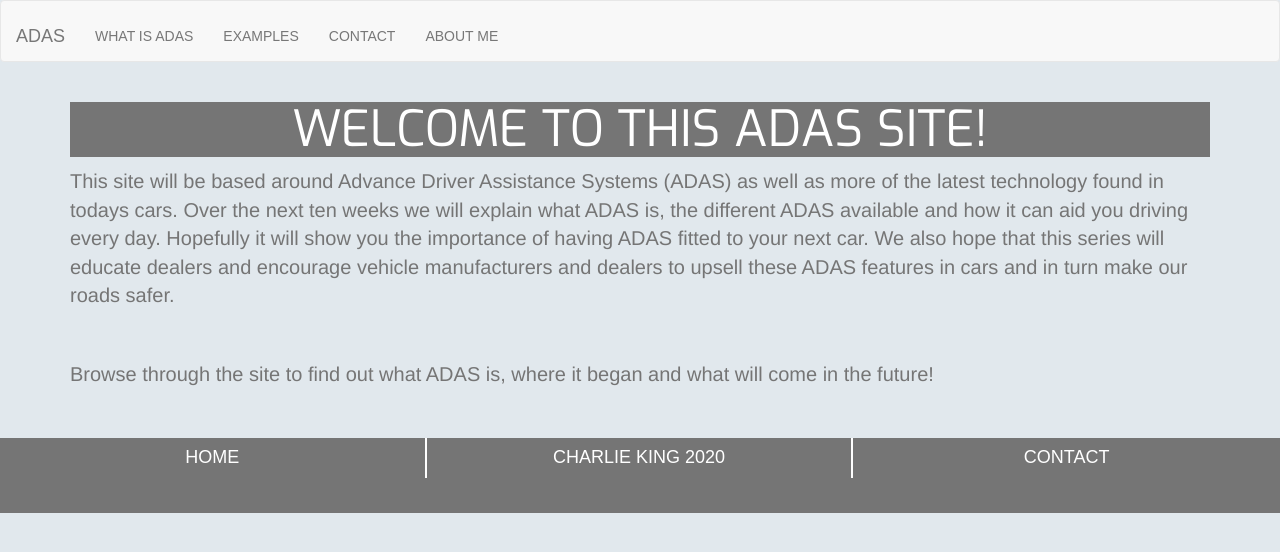
Repository: Cha-K28/First-Milestone-Project
Page: index.html
The author's editor kept a record of every edit. The page is drawn from the files as they stood at one moment, then again after the next edit.
The browser window is 1280 px wide. The pictures show the whole page.

Above is the page before.

After the next edit:
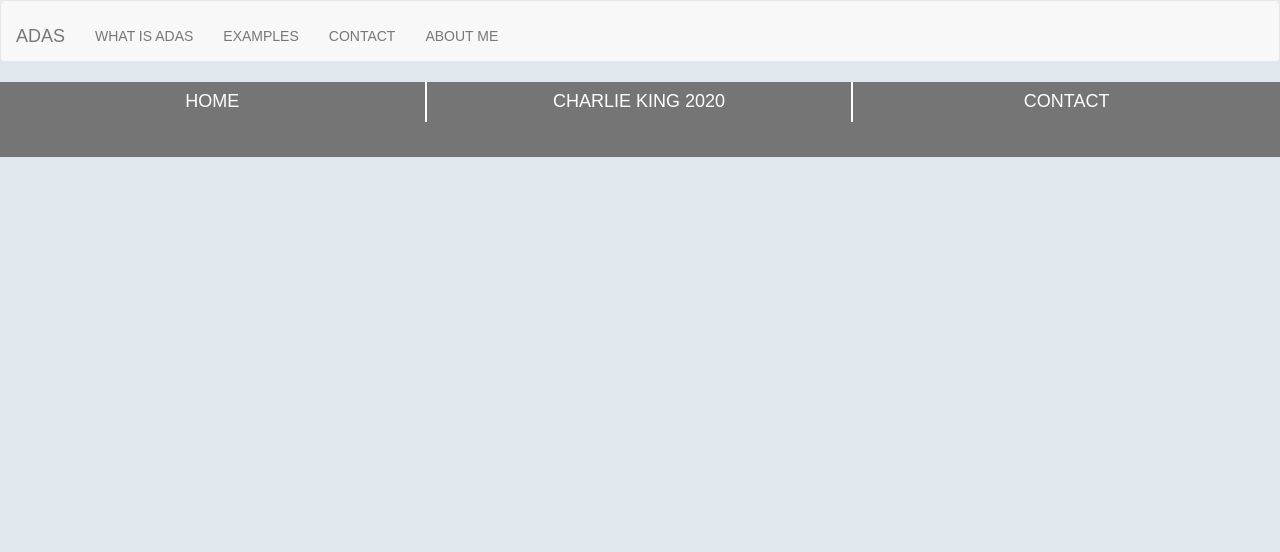
The edit:
--- a/index.html
+++ b/index.html
@@ -41,17 +41,9 @@
         </div>
 
         <div>
-            <h1>Welcome to this ADAS site!</h1>
+
         </div>
 
-        <p>
-            This site will be based around Advance Driver Assistance Systems (ADAS) as well as more of the latest technology found in todays cars. Over the next ten weeks we will explain what ADAS is, the different ADAS available and how it can aid you driving every
-            day. Hopefully it will show you the importance of having ADAS fitted to your next car. We also hope that this series will educate dealers and encourage vehicle manufacturers and dealers to upsell these ADAS features in cars and in turn
-            make our roads safer.
-        </p>
-        <p>
-            Browse through the site to find out what ADAS is, where it began and what will come in the future!
-        </p>
 
     </div>
 

After the edit that followed:
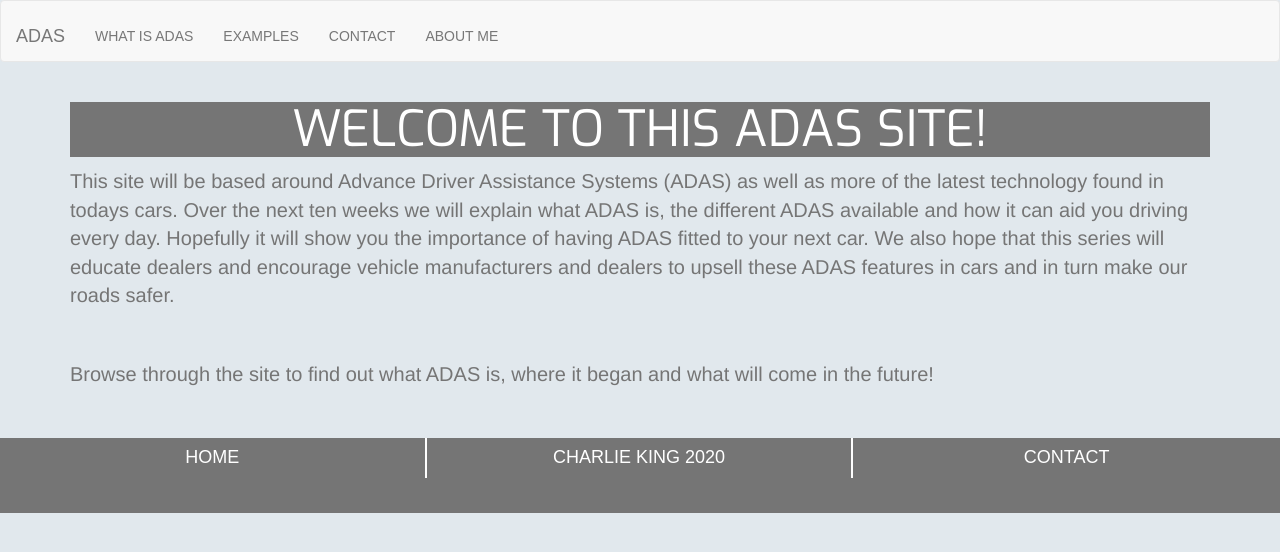
The edit:
--- a/index.html
+++ b/index.html
@@ -38,6 +38,17 @@
         <div>
 
 
+        <h1>Welcome to this ADAS site!</h1>
+
+        <p>
+            This site will be based around Advance Driver Assistance Systems (ADAS) as well as more of the latest technology found in todays cars. Over the next ten weeks we will explain what ADAS is, the different ADAS available and how it can aid you driving every
+            day. Hopefully it will show you the importance of having ADAS fitted to your next car. We also hope that this series will educate dealers and encourage vehicle manufacturers and dealers to upsell these ADAS features in cars and in turn
+            make our roads safer.
+        </p>
+        <p>
+            Browse through the site to find out what ADAS is, where it began and what will come in the future!
+        </p>
+
         </div>
 
         <div>
